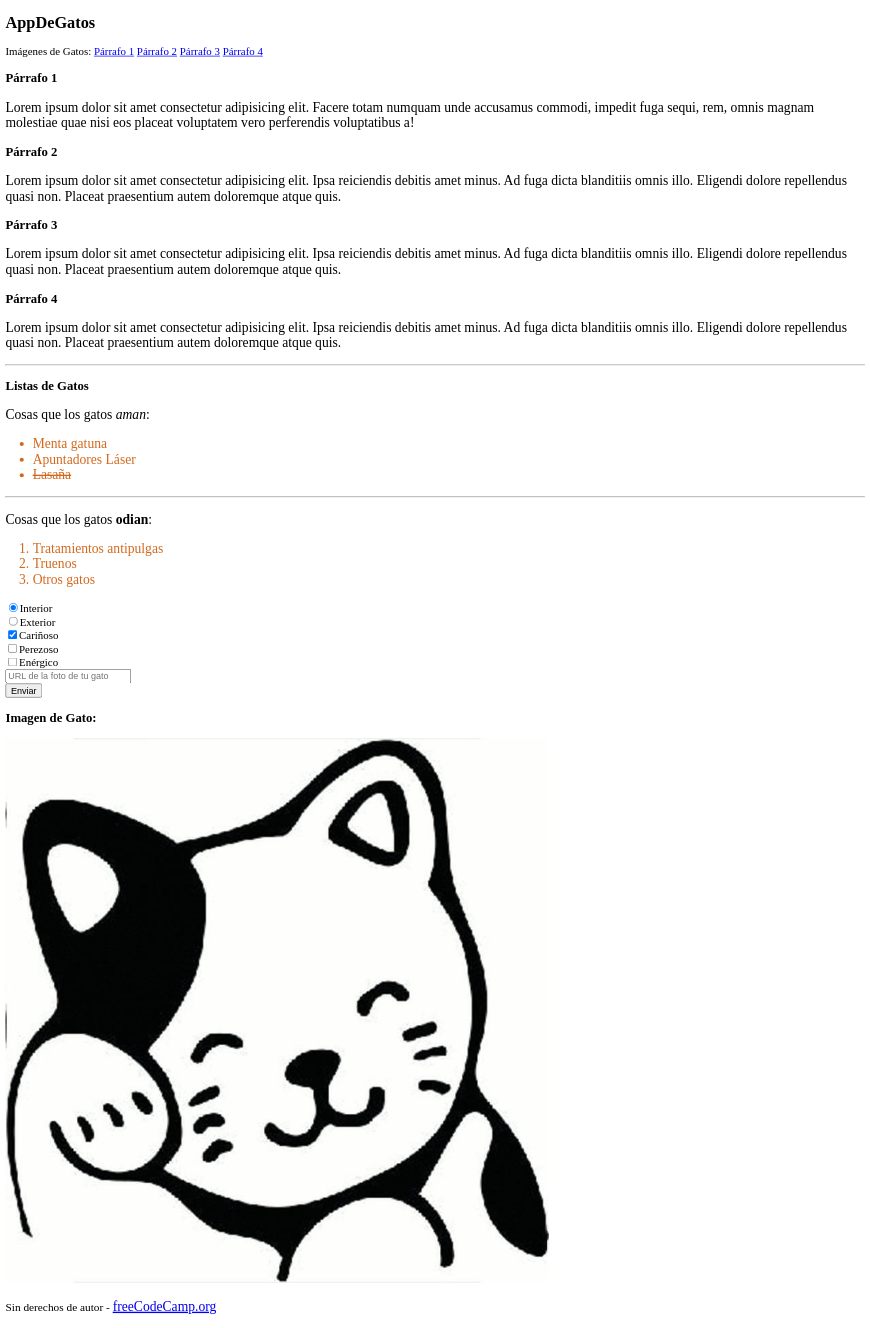
Repository: pedro-donoso/curso-html---css
Page: index.html
An editor plug-in stored every save of this project. The page is shown before and after a run of saves, followed by the edit.
The browser window is 1280 px wide. The pictures show the whole page, at 68% of full size.

Above is the page before, as saved 2023-11-14 01:41:27.

### index.html
<!DOCTYPE html>
<html lang="es">

<head>
  <meta charset="UTF-8">
  <meta name="viewport" content="width=device-width, initial-scale=1.0">
  <title>AppDeGatos</title>
  <link rel="stylesheet" href="./style.css">
</head>

<body>
  <h2>AppDeGatos</h2>
  <main
    <h3>Imágenes de Gatos:</h3>

    <a href="#parrafo-1">Párrafo 1</a>
    <a href="#parrafo-2">Párrafo 2</a>
    <a href="#parrafo-3">Párrafo 3</a>
    <a href="#parrafo-4">Párrafo 4</a>

    <h3 id="parrafo-1">Párrafo 1</h3>

    <p>Lorem ipsum dolor sit amet consectetur adipisicing elit. Facere totam numquam unde accusamus commodi, impedit
      fuga sequi, rem, omnis magnam molestiae quae nisi eos placeat voluptatem vero perferendis voluptatibus a!</p>

    <h3 id="parrafo-2">Párrafo 2</h3>

    <p>Lorem ipsum dolor sit amet consectetur adipisicing elit. Ipsa reiciendis debitis amet minus. Ad fuga dicta
      blanditiis omnis illo. Eligendi dolore repellendus quasi non. Placeat praesentium autem doloremque atque quis.</p>

    <h3 id="parrafo-3">Párrafo 3</h3>

    <p>Lorem ipsum dolor sit amet consectetur adipisicing elit. Ipsa reiciendis debitis amet minus. Ad fuga dicta
      blanditiis omnis illo. Eligendi dolore repellendus quasi non. Placeat praesentium autem doloremque atque quis.</p>

    <h3 id="parrafo-4">Párrafo 4</h3>

    <p>Lorem ipsum dolor sit amet consectetur adipisicing elit. Ipsa reiciendis debitis amet minus. Ad fuga dicta
      blanditiis omnis illo. Eligendi dolore repellendus quasi non. Placeat praesentium autem doloremque atque quis.</p>

    <hr>

    <h3>Listas de Gatos</h3>

    <div>
      <p>Cosas que los gatos <em>aman</em>:</p>
      <ul class="lista-de-gatos">
        <li>Menta gatuna</li>
        <li>Apuntadores Láser</li>
        <li><s>Lasaña</s></li>
      </ul>

      <hr>

      <p>Cosas que los gatos <strong>odian</strong>:</p>
      <ol class="lista-de-gatos">
        <li>Tratamientos antipulgas</li>
        <li>Truenos</li>
        <li>Otros gatos</li>
      </ol>
    </div>


    <form action="/enviar-respuesta">

      <!-- botones de radio -->
      <label for="interior">
        <input type="radio" value="interior" id="interior" name="interior-exterior" checked>Interior </label>

      <br>

      <label for="exterior"><input type="radio" value="exterior" id="exterior" name="interior-exterior">Exterior</label>

      <br>

      <!-- casilla de verificación -->
      <label for="carinoso"> <input type="checkbox" name="personalidad id=" carinoso" checked>Cariñoso</label>

      <br>

      <label for="perezoso"><input type="checkbox" name="personalidad" id="perezoso">Perezoso</label>

      <br>

      <label for="energico"><input type="checkbox" name="personalidad" id="energico">Enérgico</label>

      <br>

      <!-- texto y boton enviar -->
      <input type="text" placeholder="URL de la foto de tu gato" required>

      <br>

      <button type="submit">Enviar</button>
    </form>

    <h3>Imagen de Gato:</h3>
    <a href="https://www.freecodecamp.org/espanol/" target="_blank" rel="noopener noreferrer"><img
        src="./assets/img/gato.jpg" alt="gato"></a>

  </main>

  <footer>
    <p><small>Sin derechos de autor - <a href="https://www.freecodecamp.org/español/"></small>freeCodeCamp.org</a></p>
  </footer>

</body>

</html>

### style.css
.lista-de-gatos {
  color: chocolate;
}

p,
ul,
ol {
  font-size: 20px;
}

li {
  color
}

After the next 3 saves:
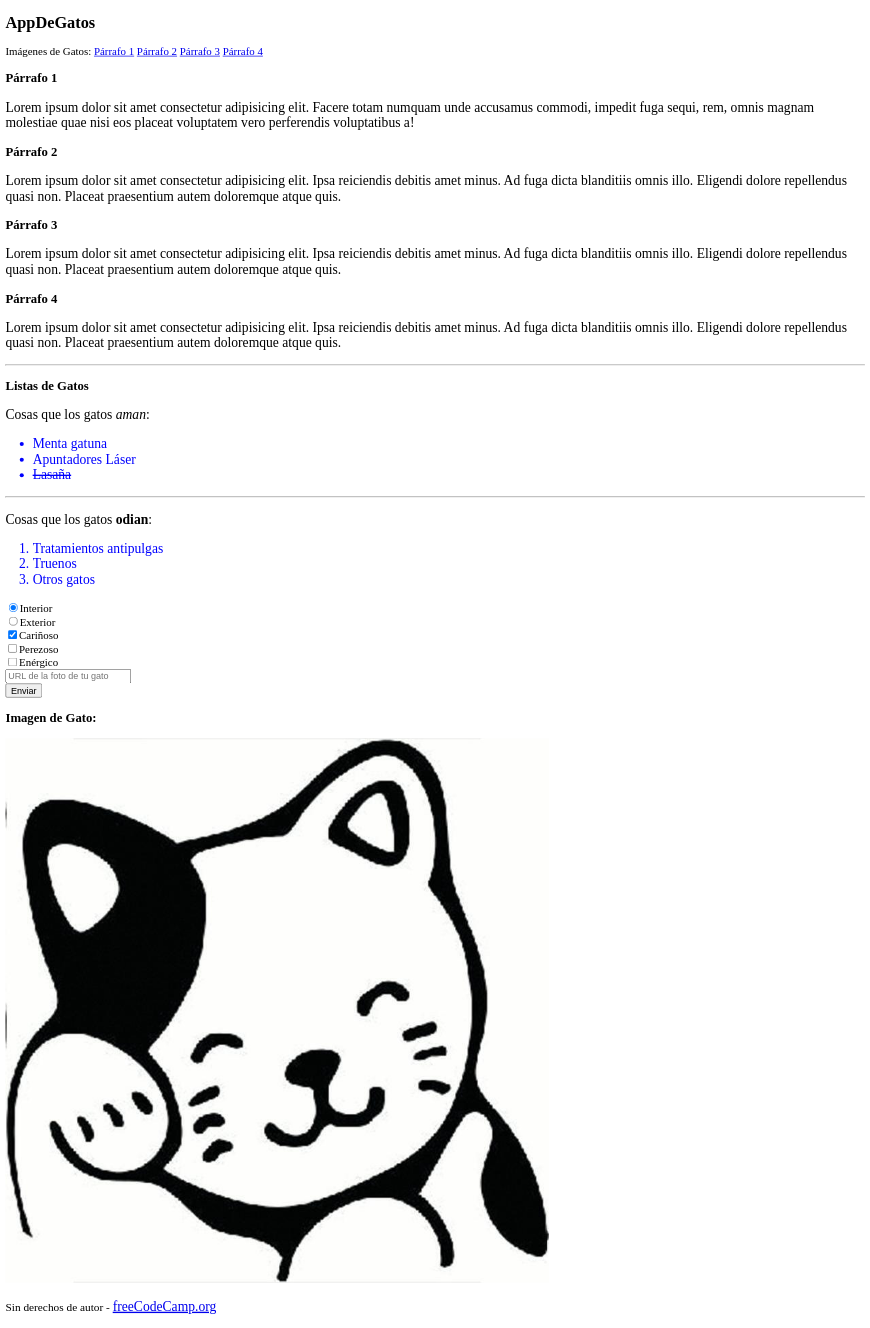
The 3 saves are shown as one change because they came seconds apart.
The last was saved 15 s later.
--- a/style.css
+++ b/style.css
@@ -9,5 +9,6 @@
 }
 
 li {
-  color
+  color: blue;
+
 }
